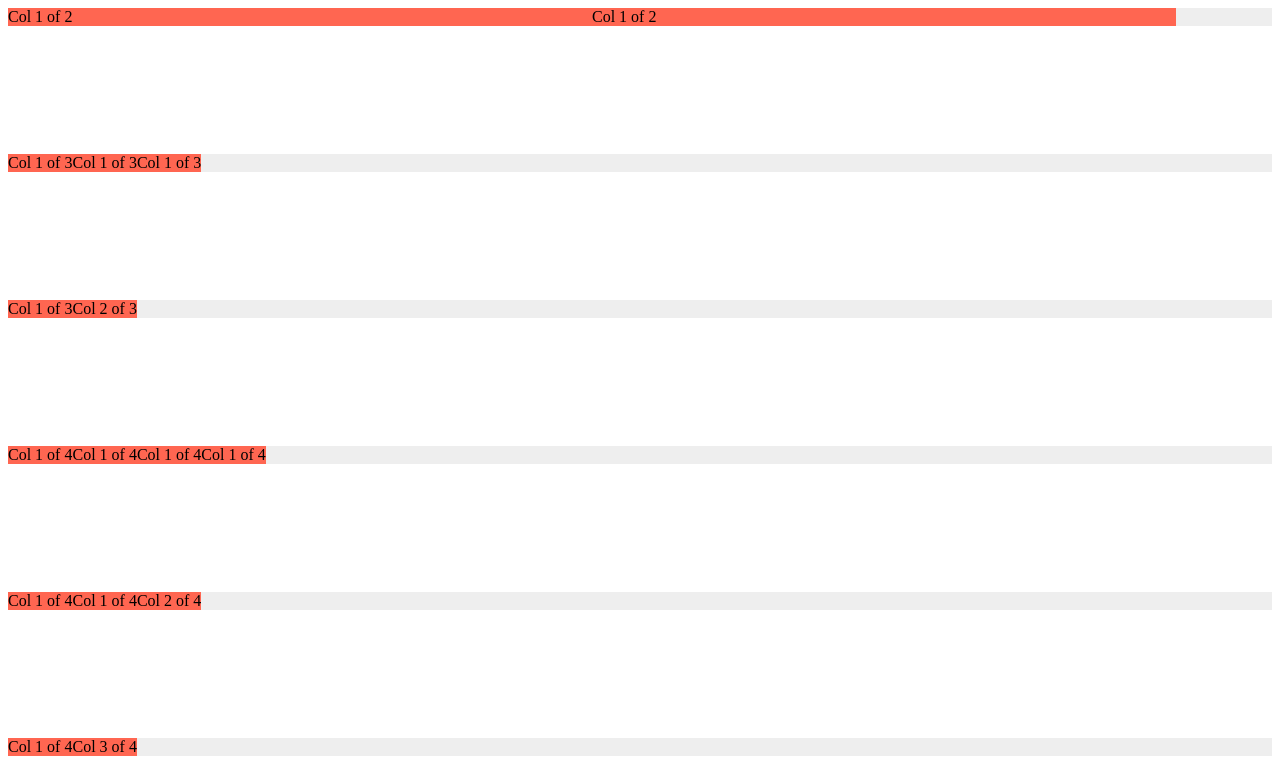
Repository: haokiet2501/grid-basic
Page: index.html
The author's editor kept a copy of each file at every save. The page is drawn from the files as they stood at one save, then again after a run of saves.
The browser window is 1280 px wide. The pictures show the whole page.

Above is the page before, as saved 2022-08-11 18:53:22.

After the next 2 saves:
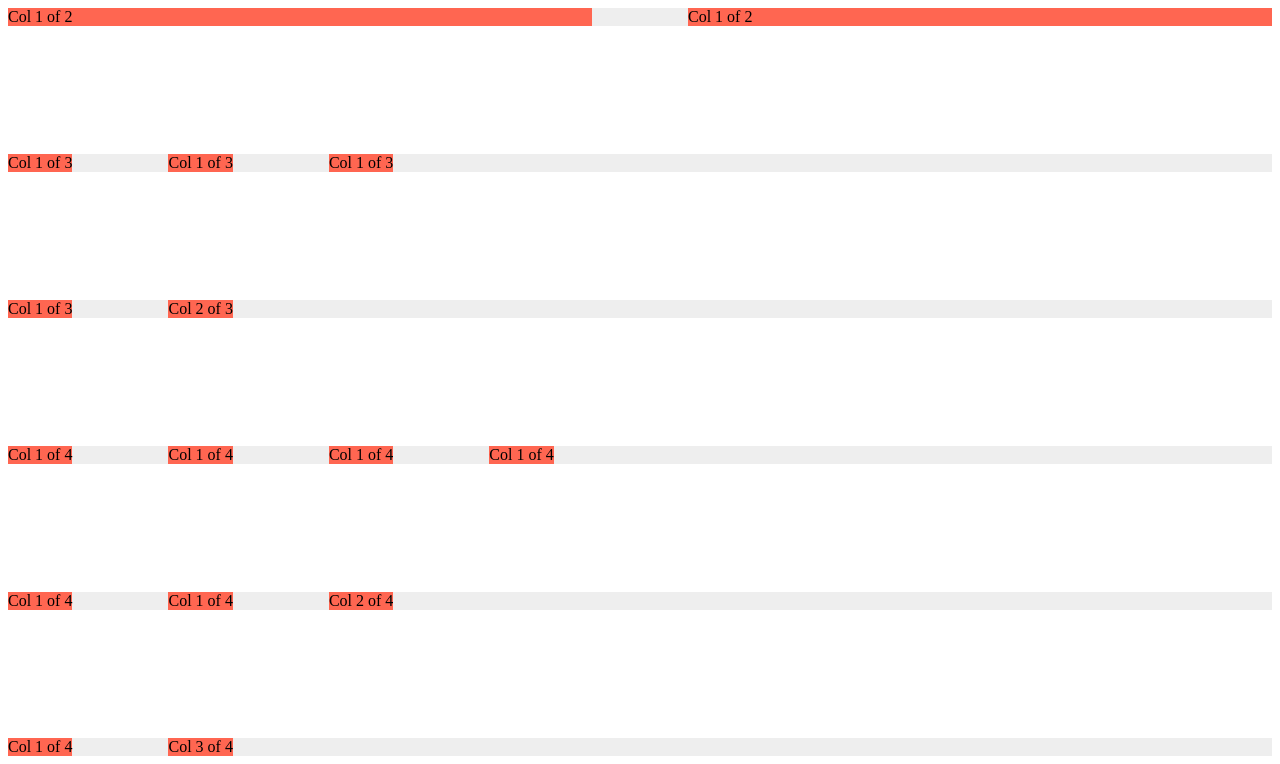
The 2 saves are shown as one change because they came seconds apart.
The last was saved 7 s later.
--- a/styles.css
+++ b/styles.css
@@ -26,8 +26,7 @@
 }
 
 [class^='col-']:not(:last-child) {
-    background-color: #FF6651;
-    float: left;
+    margin-right: var(--gutter-horizonal);
 }
 
 .col-1-of-2 {
